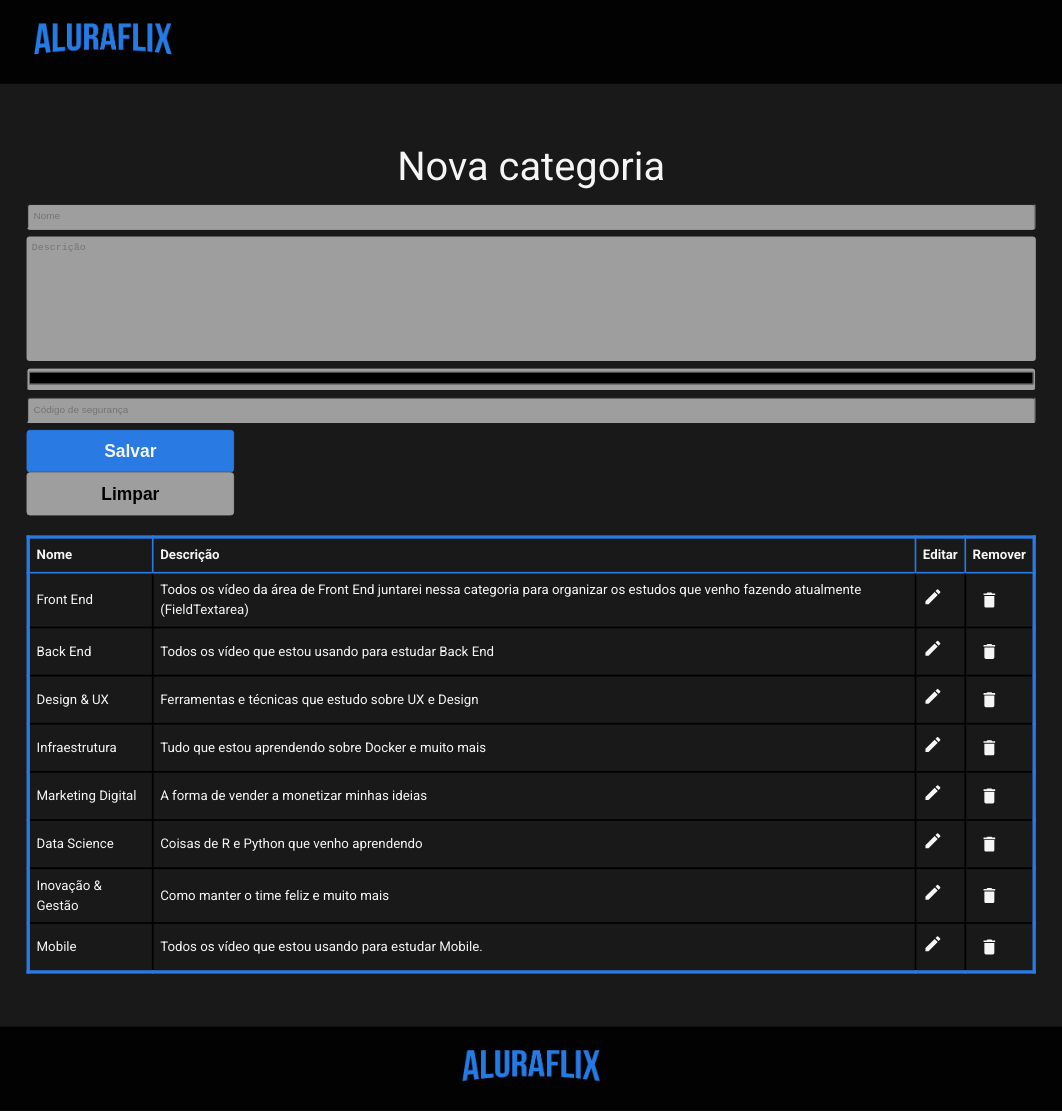
Repository: CarlosEduardoVdeOliveira/aluraflix
Page: /register-category
These files come from the project's save history. The page is drawn as it stood at one moment and after the next save; the edit follows.
The browser window is 1280 px wide. The pictures show the whole page, at 83% of full size.
The project was rebuilt for these pictures with package versions that can differ from the ones it lists, and the page was loaded fresh each time. Also part of the build but not shown: vite.config.js, src/components/Banner/Banner.module.css, src/components/Card/Card.module.css, src/components/Card/index.jsx, src/components/Category/Category.module.css, src/components/Category/index.jsx, src/components/Container/Container.module.css, src/components/Container/index.jsx and 5 more.

Above is the page before, as saved 2023-10-04 09:13:51.

After the next save:
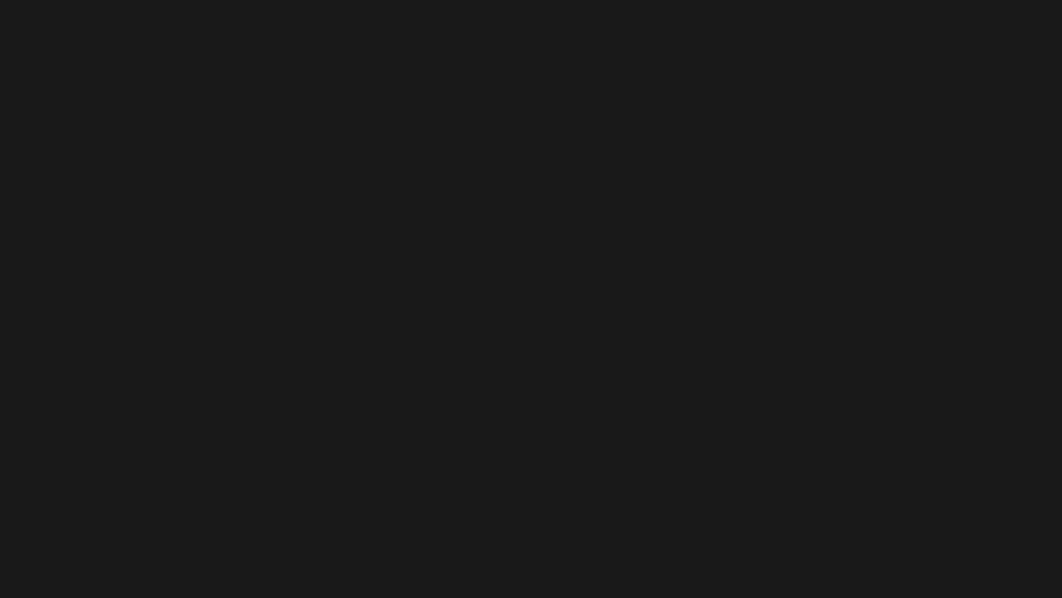
Console error (its wording comes from the project's code and is left out).
Saved 26 s later.
--- a/src/pages/RegisterCategory/index.jsx
+++ b/src/pages/RegisterCategory/index.jsx
@@ -64,7 +64,7 @@ export const RegisterCategory = () => {
           bgColor="#9E9E9E"
           color="#000000"
           borderColor='1px solid #9E9E9E'
-          onClick={clearInputs}
+          onClick={clearInputs()}
           >
           Limpar
         </Button>

After the save that followed:
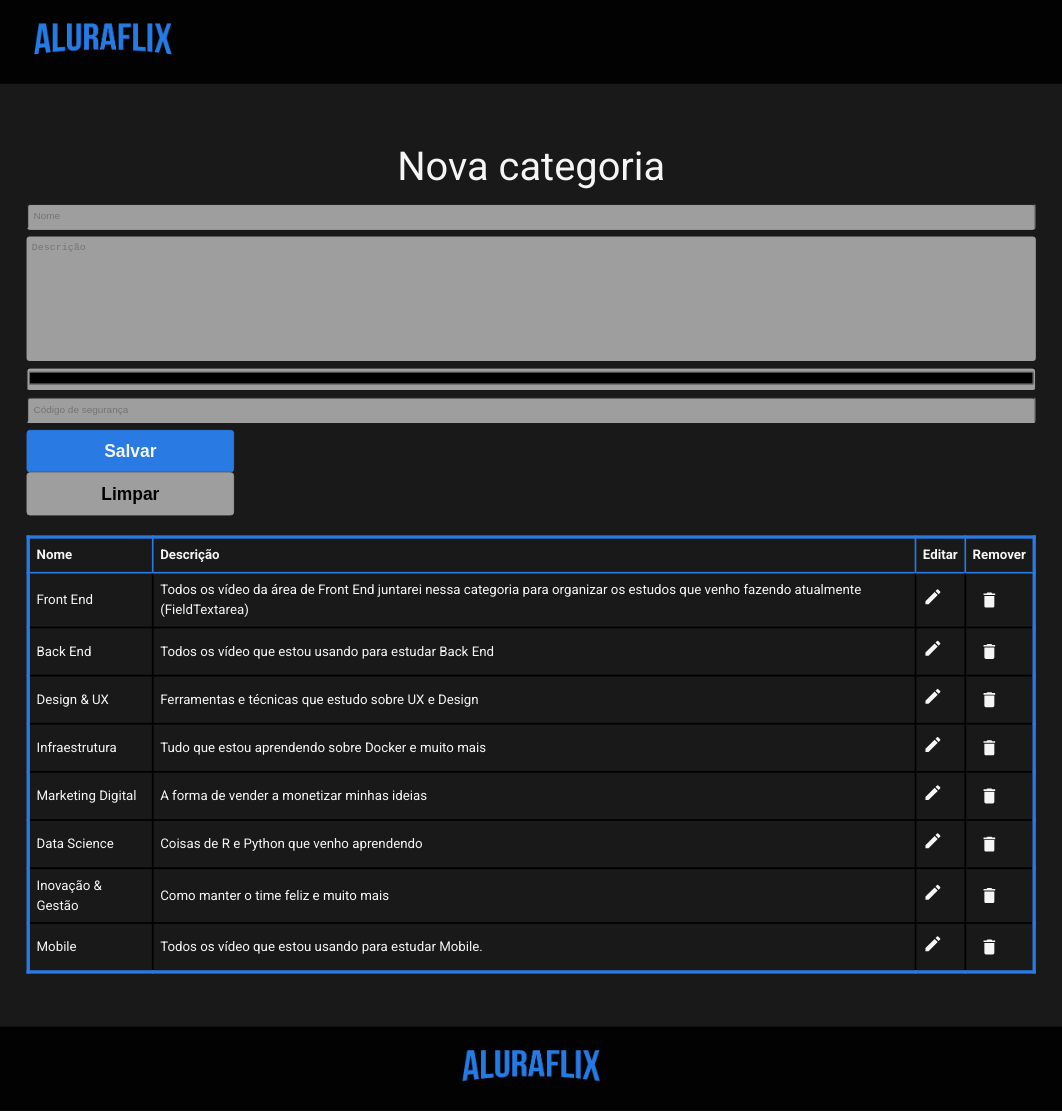
The error is gone.
Saved 44 s later.
--- a/src/pages/RegisterCategory/index.jsx
+++ b/src/pages/RegisterCategory/index.jsx
@@ -32,10 +32,7 @@ export const RegisterCategory = () => {
   }
 
   function clearInputs(){
-    setName('')
-    setColor('')
-    setDescription('')
-    setCodigo("")
+
   }
 
   return (
